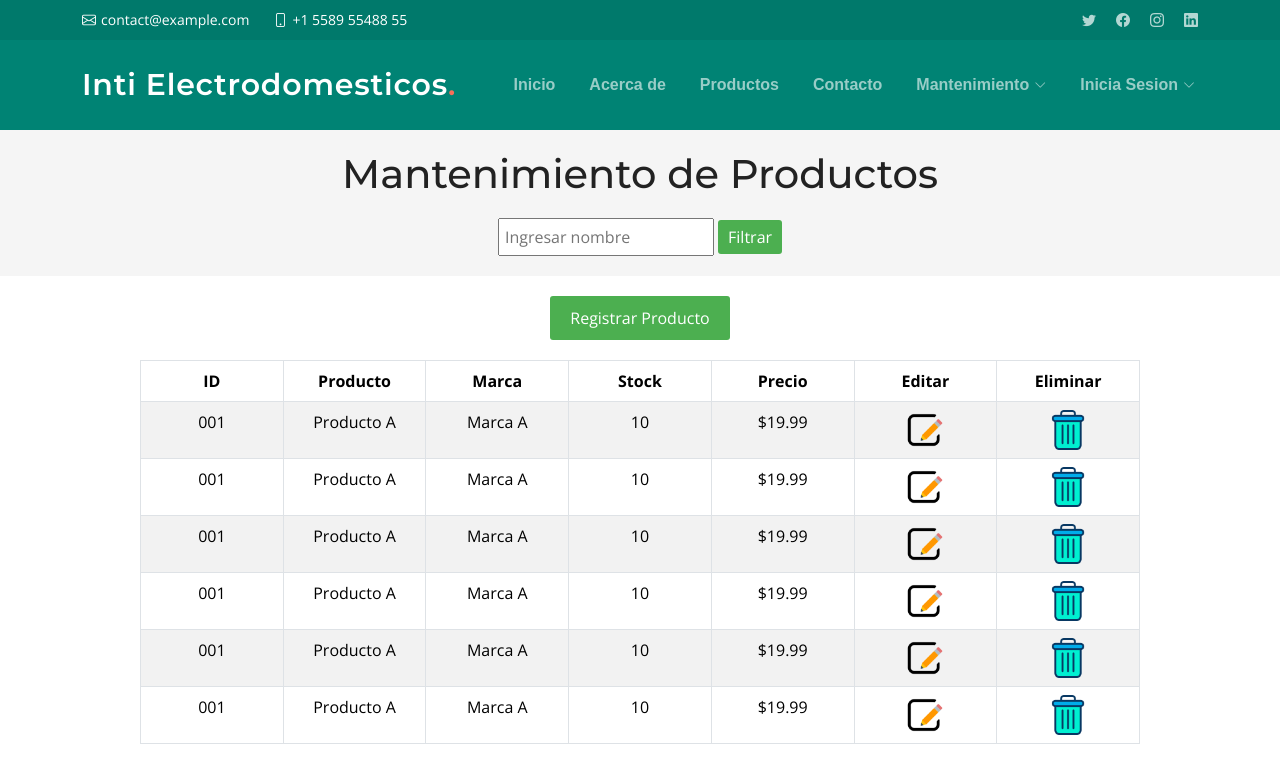
Repository: JReynaldoDelRio/DAWI---IntiElectrdomesticos
Page: http://localhost/mantenimientoProducto
The author's editor kept a copy of each file at every save. The page is drawn from the files as they stood at one save, then again after the next save.
The browser window is 1280 px wide. The pictures show the whole page.
Some web fonts or font styles are not loaded; a fallback is used. Some web libraries are served in a nearby version. The page is this project's Thymeleaf template; nobody is signed in. The template is opened directly, without the code that normally fills it, so the values that code supplies are empty.

Above is the page before, as saved 2023-06-07 17:26:19.

### IntiElectrodomesticos/src/main/resources/templates/mantenimientoProducto.html
<!DOCTYPE html>
<html>
<head>
<meta charset="ISO-8859-1">
  <meta charset="utf-8">
  <meta content="width=device-width, initial-scale=1.0" name="viewport">

<link rel="stylesheet" href="css/producto.css">

  <link href="assets/img/favicon.png" rel="icon">
  <link href="assets/img/apple-touch-icon.png" rel="apple-touch-icon">

  <link rel="preconnect" href="https://fonts.googleapis.com">
  <link rel="preconnect" href="https://fonts.gstatic.com" crossorigin>
  <link href="https://fonts.googleapis.com/css2?family=Open+Sans:ital,wght@0,300;0,400;0,500;0,600;0,700;1,300;1,400;1,600;1,700&family=Montserrat:ital,wght@0,300;0,400;0,500;0,600;0,700;1,300;1,400;1,500;1,600;1,700&family=Raleway:ital,wght@0,300;0,400;0,500;0,600;0,700;1,300;1,400;1,500;1,600;1,700&display=swap" rel="stylesheet">

  <link href="assets/vendor/bootstrap/css/bootstrap.min.css" rel="stylesheet">
  <link href="assets/vendor/bootstrap-icons/bootstrap-icons.css" rel="stylesheet">
  <link href="assets/vendor/aos/aos.css" rel="stylesheet">
  <link href="assets/vendor/glightbox/css/glightbox.min.css" rel="stylesheet">
  <link href="assets/vendor/swiper/swiper-bundle.min.css" rel="stylesheet">
  <link rel="stylesheet" href="https://cdn.jsdelivr.net/npm/bootstrap@5.7.1/dist/css/bootstrap.min.css">


  <link href="assets/css/main.css" rel="stylesheet">

<title>Mantenimiento Producto</title>
</head>
<body>

<section id="topbar" class="topbar d-flex align-items-center">
    <div class="container d-flex justify-content-center justify-content-md-between">
      <div class="contact-info d-flex align-items-center">
        <i class="bi bi-envelope d-flex align-items-center"><a href="mailto:contact@example.com">contact@example.com</a></i>
        <i class="bi bi-phone d-flex align-items-center ms-4"><span>+1 5589 55488 55</span></i>
      </div>
      <div class="social-links d-none d-md-flex align-items-center">
        <a href="#" class="twitter"><i class="bi bi-twitter"></i></a>
        <a href="#" class="facebook"><i class="bi bi-facebook"></i></a>
        <a href="#" class="instagram"><i class="bi bi-instagram"></i></a>
        <a href="#" class="linkedin"><i class="bi bi-linkedin"></i></i></a>
      </div>
    </div>
  </section>

  <header id="header" class="header d-flex align-items-center">

    <div class="container-fluid container-xl d-flex align-items-center justify-content-between">
      <a href="index.html" class="logo d-flex align-items-center">

        <!-- <img src="assets/img/logo.png" alt=""> -->
        <h1>Inti Electrodomesticos<span>.</span></h1>
      </a>
      <nav id="navbar" class="navbar">
        <ul>
          <li><a href="/inicio">Inicio</a></li>
          <li><a href="#about">Acerca de </a></li>

          <li><a href="#portfolio">Productos</a></li>



          <li><a href="#contact">Contacto</a></li>
          <li class="dropdown"><a href="#"><span>Mantenimiento</span> <i class="bi bi-chevron-down dropdown-indicator"></i></a>
            <ul>

              <li class="dropdown"><a href="/mantenimientoProducto"><span>Productos</span> <i class="bi bi-chevron-down dropdown-indicator"></i></a>
              </li>
              <li class="dropdown"><a href="#"><span>Cliente</span> <i class="bi bi-chevron-down dropdown-indicator"></i></a>
                <ul>
                  <li><a href="#">Listar</a></li>
                  <li><a href="#">Agregar</a></li>
                  <li><a href="#">Eliminar</a></li>
                  <li><a href="#">Actualizar</a></li>
                </ul>
              </li>
              <li class="dropdown"><a href="#"><span>Proveedor</span> <i class="bi bi-chevron-down dropdown-indicator"></i></a>
                <ul>
                  <li><a href="#">Listar</a></li>
                  <li><a href="#">Agregar</a></li>
                  <li><a href="#">Eliminar</a></li>
                  <li><a href="#">Actualizar</a></li>
                </ul>
              </li>
              <li class="dropdown"><a href="#"><span>Factura</span> <i class="bi bi-chevron-down dropdown-indicator"></i></a>
                <ul>
                  <li><a href="#">Listar</a></li>
                  <li><a href="#">Agregar</a></li>
                  <li><a href="#">Eliminar</a></li>
                  <li><a href="#">Actualizar</a></li>
                </ul>
              </li>


            </ul>
          </li>
          <li class="dropdown"><a href="#"><span>Inicia Sesion</span> <i class="bi bi-chevron-down dropdown-indicator"></i></a>
            <ul>

              <li class="dropdown"><a href="#"><span>Ingresar</span> </a>

              </li>
              <li class="dropdown"><a href="#"><span>Registrar</span> </a>

              </li>

            </ul>
          </li>

        </ul>
      </nav>

      <i class="mobile-nav-toggle mobile-nav-show bi bi-list"></i>
      <i class="mobile-nav-toggle mobile-nav-hide d-none bi bi-x"></i>

    </div>
  </header>
 <header>
        <h1>Mantenimiento de Productos</h1>
        <div class="filter-form">
          <input type="text" placeholder="Ingresar nombre">
          <button>Filtrar</button>
        </div>
      </header>
      <main>
        <button class="register-button" onclick="openDialog()">Registrar Producto</button>
        <table class="table table-bordered table-striped text-center">
          <thead>
            <tr>
              <th>ID</th>
              <th>Producto</th>
              <th>Marca</th>
              <th>Stock</th>
              <th>Precio</th>
              <th>Editar</th>
              <th>Eliminar</th>
            </tr>
          </thead>
          <tbody>
            <tr>
              <td>001</td>
              <td>Producto A</td>
              <td>Marca A</td>
              <td>10</td>
              <td>$19.99</td>
              <td><img src="img/editar.png" alt="Editar"></td>
              <td><img src="img/eliminar.png" alt="Editar"></td>
            </tr>
            <!-- Más filas de la tabla aquí -->
            <tr>
                <td>001</td>
                <td>Producto A</td>
                <td>Marca A</td>
                <td>10</td>
                <td>$19.99</td>
                <td><img src="img/editar.png" alt="Editar"></td>
                <td><img src="img/eliminar.png" alt="Editar"></td>
              </tr>
              <tr>
                <td>001</td>
                <td>Producto A</td>
                <td>Marca A</td>
                <td>10</td>
                <td>$19.99</td>
                <td><img src="img/editar.png" alt="Editar"></td>
                <td><img src="img/eliminar.png" alt="Editar"></td>
              </tr>
              <tr>
                <td>001</td>
                <td>Producto A</td>
                <td>Marca A</td>
                <td>10</td>
                <td>$19.99</td>
                <td><img src="img/editar.png" alt="Editar"></td>
                <td><img src="img/eliminar.png" alt="Editar"></td>
              </tr>
              <tr>
                <td>001</td>
                <td>Producto A</td>
                <td>Marca A</td>
                <td>10</td>
                <td>$19.99</td>
                <td><img src="img/editar.png" alt="Editar"></td>
                <td><img src="img/eliminar.png" alt="Editar"></td>
              </tr>
              <tr>
                <td>001</td>
                <td>Producto A</td>
                <td>Marca A</td>
                <td>10</td>
                <td>$19.99</td>
                <td><img src="img/editar.png" alt="Editar"></td>
                <td><img src="img/eliminar.png" alt="Editar"></td>
              </tr>
          </tbody>
        </table>
      </main>

    <dialog id="register-dialog" >
        <h2>Registro de Producto</h2>
        <form>
          <label for="name">Nombre:</label>
          <select id="name">
            <option value="producto1">Producto 1</option>
            <option value="producto2">Producto 2</option>
            <option value="producto3">Producto 3</option>
          </select>

          <label for="brand">Marca:</label>
          <select id="brand">
            <option value="marca1">Marca 1</option>
            <option value="marca2">Marca 2</option>
            <option value="marca3">Marca 3</option>
          </select>

          <label for="stock">Stock:</label>
          <input type="number" id="stock">

          <label for="price">Precio:</label>
          <input type="number" step="0.01" id="price">

          <button type="button" onclick="registerProduct()">Registrar</button>
          <button type="button" onclick="closeDialog()">Cancelar</button>
        </form>
      </dialog>
      <script src="js/producto.js"></script>
</body>
</html>

### IntiElectrodomesticos/src/main/resources/static/css/producto.css
body {
	font-family: Arial, sans-serif;
	margin: 0;
	padding: 0;
}

header {
	background-color: #f5f5f5;
	padding: 20px;
}

h1 {
	text-align: center;
	margin-top: 0;
}

.filter-form {
	text-align: center;
	margin-top: 20px;
}

.filter-form input[type="text"] {
	padding: 5px;
}

.filter-form button {
	padding: 5px 10px;
	background-color: #4CAF50;
	color: white;
	border: none;
	border-radius: 3px;
	cursor: pointer;
}

main {
	padding: 20px;
	display: flex;
	flex-direction: column;
	align-items: center;
}

.register-button {
	padding: 10px 20px;
	background-color: #4CAF50;
	color: white;
	border: none;
	border-radius: 3px;
	cursor: pointer;
	margin-bottom: 20px;
}

table {
	margin: 0 auto; /* Centrar la tabla horizontalmente */
	max-width: 1000px; /* Ancho máximo de la tabla */
	width: 100%;
	table-layout: fixed; /* Fijar el ancho de las columnas */
}

th, td {
	padding: 10px;
	text-align: center;
	border-bottom: 1px solid #ddd;
}

th {
	background-color: #f5f5f5;
}

tbody tr:hover {
	background-color: #f9f9f9;
}

th:nth-child(1), td:nth-child(1), th:nth-child(2), td:nth-child(2), th:nth-child(3),
	td:nth-child(3), th:nth-child(4), td:nth-child(4), th:nth-child(5), td:nth-child(5),
	th:nth-child(6), td:nth-child(6), th:nth-child(7), td:nth-child(7) {
	width: 38.28%; /* Tamaño de cada columna (100% / 7) */
}

img {
	width: 40px;
	height: 40px;
}

dialog {
	border: none;
	padding: 20px;
	width: 400px;
	background-color: #f5f5f5;
	position: fixed;
	top: 50%;
	left: 30%;
	transform: translate(-50%, -50%);
}

dialog h2 {
	margin-top: 0;
	font-size: 24px;
	color: #4CAF50;
	border-bottom: 2px solid #4CAF50;
	text-align: center;
	padding-bottom: 10px;
}

dialog form {
	display: flex;
	flex-direction: column;
}

dialog label {
	margin-bottom: 5px;
}

dialog input, dialog select {
	margin-bottom: 10px;
	padding: 5px;
}

dialog button {
	padding: 5px 10px;
	background-color: #4CAF50;
	color: white;
	border: none;
	border-radius: 3px;
	cursor: pointer;
	margin-top: 10px;
}

Loaded but not shown: IntiElectrodomesticos/src/main/resources/static/js/producto.js (20 lines, source omitted); IntiElectrodomesticos/src/main/resources/static/assets/css/main.css (2669 lines, source omitted)

After the next save:
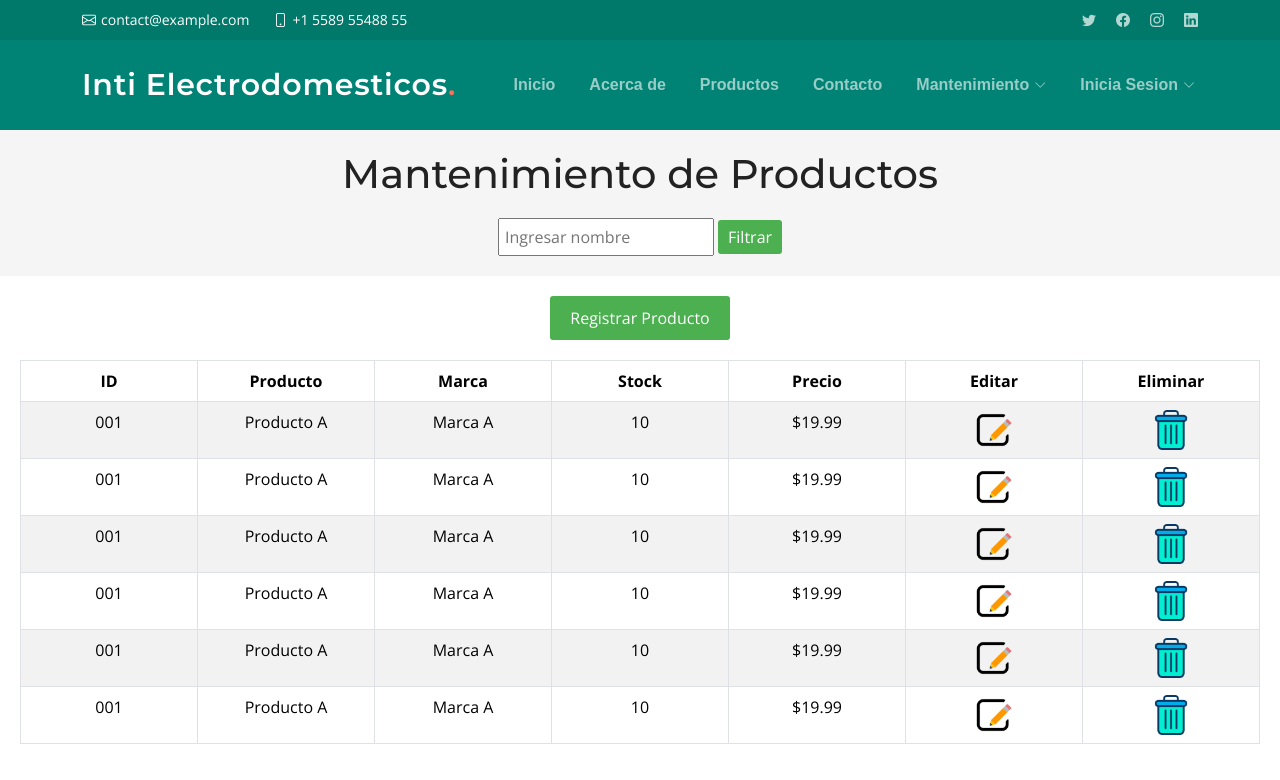
Saved 46 s later.
--- a/IntiElectrodomesticos/src/main/resources/static/css/producto.css
+++ b/IntiElectrodomesticos/src/main/resources/static/css/producto.css
@@ -51,7 +51,7 @@
 
 table {
 	margin: 0 auto; /* Centrar la tabla horizontalmente */
-	max-width: 1000px; /* Ancho máximo de la tabla */
+
 	width: 100%;
 	table-layout: fixed; /* Fijar el ancho de las columnas */
 }

After the save that followed:
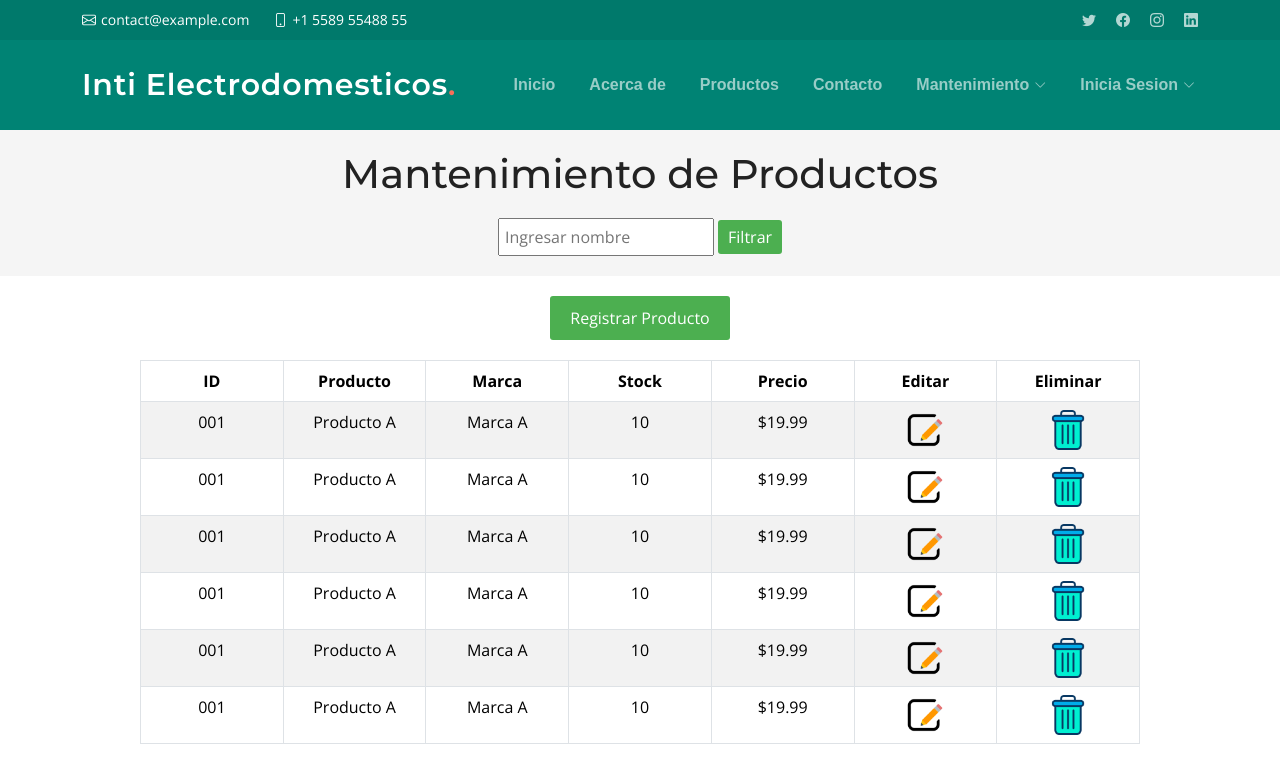
Saved 13 s later.
--- a/IntiElectrodomesticos/src/main/resources/static/css/producto.css
+++ b/IntiElectrodomesticos/src/main/resources/static/css/producto.css
@@ -51,7 +51,7 @@
 
 table {
 	margin: 0 auto; /* Centrar la tabla horizontalmente */
-
+	max-width: 1000px; /* Ancho máximo de la tabla */
 	width: 100%;
 	table-layout: fixed; /* Fijar el ancho de las columnas */
 }
